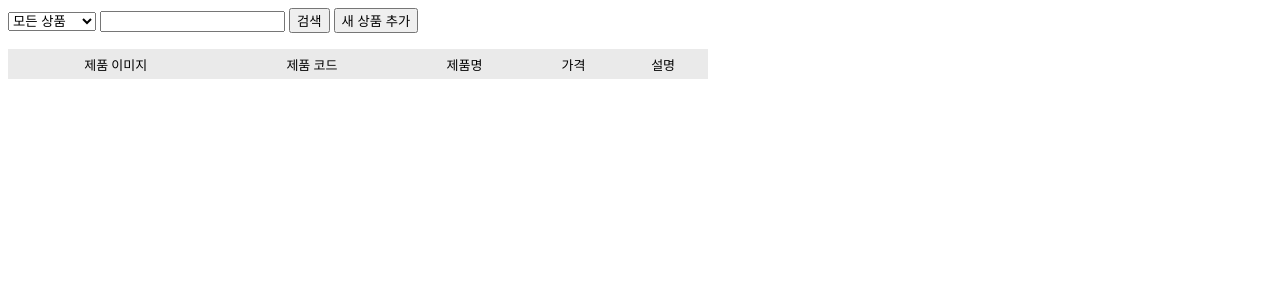
Repository: sjeong12/Photos
Page: http://localhost/LSJ_PHOTO/admin/productList.jsp
An editor plug-in stored every save of this project. The page is shown before and after the next save, followed by the edit.
The browser window is 1280 px wide. The pictures show the whole page.
The page is served by Tomcat 9. Other server files are loaded and not shown. Queries for data that is not in the repository find no rows.

Above is the page before, as saved 2016-12-07 06:39:49.

### LSJ_PHOTO/WebContent/admin/productList.jsp
<%@ page language="java" import="java.sql.*" contentType="text/html; charset=utf-8" pageEncoding="utf-8" %>
<% request.setCharacterEncoding("utf-8"); %>
<HTML><HEAD>
<TITLE>제품 목록</TITLE></HEAD>

<script language=javascript>
function add_product()
{
	document.frm_s.action = "/admin/addProduct.jsp";
	document.frm_s.submit();
}
</script>


<BODY>

<%
    //String in_usernm = request.getParameter("search_value");
    //if (in_usernm == null) in_usernm = "";

    String in_search_key   = request.getParameter("search_key");
	String in_search_value = request.getParameter("search_value");
    //  페이지 번호 – 없으면(처음) 1, 아니면 전달 받은 페이지
    String strPageNum = request.getParameter("PageNum");     // paging
    // 표시할 목록의 개수 – 없으면 지정하여 사용
  	String strPageSize = request.getParameter("PageSize");   // paging
  	if (in_search_key   == null) in_search_key   = "";
 	if (in_search_value == null) in_search_value = "";
    if (strPageNum == null) strPageNum = "1";        // paging
    if (strPageSize == null) strPageSize = "10";      // paging    이 크기는 화면 사이즈에 따라 다름
    int currentPage = Integer.parseInt(strPageNum);  // paging  현재 선택 페이지 값 INT 로 변경
    int pageSize = Integer.parseInt(strPageSize);     // paging    목록의 갯수 INT로 변경
%>

<FORM NAME = frm_s  ACTION="productList.jsp" METHOD=post>
<SELECT NAME=search_key>

<OPTION VALUE = ""
	<%
 	     if (in_search_key.equals("")) out.print(" selected");
	%>
    >모든 상품</OPTION>
<OPTION VALUE = "1"
	<%
 	     if (in_search_key.equals("1")) out.print(" selected");
	%>
    >액자</OPTION>
<OPTION VALUE = "2"
    <%
         if (in_search_key.equals("2")) out.print(" selected");
    %>
  >앨범</OPTION>
 <OPTION VALUE = "3"
    <%
         if (in_search_key.equals("3")) out.print(" selected");
    %>
  >디자인 소품</OPTION>


   </SELECT>
 <INPUT TYPE=text NAME=search_value VALUE="<%= in_search_value %>">
<INPUT TYPE=submit VALUE="검색">      <INPUT TYPE=button VALUE="새 상품 추가" onclick = "add_product()">
</FORM>




<TABLE border = "0" cellspacing = "0" cellpadding = "2" width = "700">

<TR bgcolor = "EAEAEA" height="30">
<TD><font size = 2><center>제품 이미지</center></font></TD>
<TD><font size = 2><center>제품 코드</center></font></TD>
<TD><font size = 2><center>제품명</center></font></TD>
<TD><font size = 2><center>가격</center></font></TD>
<TD><font size = 2><center>설명</center></font></TD>
</TR>
<%
Class.forName("com.microsoft.sqlserver.jdbc.SQLServerDriver");
String connectionURL = "jdbc:sqlserver://localhost:1433;databaseName=DBPstudio;user=sa;password=11";
Connection con = DriverManager.getConnection(connectionURL);

ResultSet rs = null;   // 데이터 베이스에서 가져온 정보를 저장하는 객체
ResultSet rs2 = null;      // paging    rs 객체 하나 더 생성

     Statement stmt = con.createStatement();
   //String SQL = "select userid, usernm, gender, jumin, jobcd from members order by userid";


     String SQL = "SELECT * ";

if (in_search_key.equals("")){
	SQL = SQL + "from Product ";
    SQL = SQL + "where Product_Name LIKE '%" + in_search_value + "%'";
    SQL = SQL + "or Product_Code Like '%" + in_search_value + "%' ";
}
else if (in_search_key.equals("1")){
	SQL = SQL + "from Product P, Sub_Category S ";
    SQL = SQL + "where (P.Product_Name LIKE '%" + in_search_value + "%' ";
    SQL = SQL + "or P.Product_Code Like '%" + in_search_value + "%') ";
    SQL = SQL + "and (P.SubCategory_Num = S.Sub_Category_Num) ";
	SQL = SQL + "and (S.Category_Num = '1') ";
}
else if (in_search_key.equals("2")){
	SQL = SQL + "from Product P, Sub_Category S ";
    SQL = SQL + "where (P.Product_Name LIKE '%" + in_search_value + "%' ";
    SQL = SQL + "or P.Product_Code Like '%" + in_search_value + "%') ";
    SQL = SQL + "and (P.SubCategory_Num = S.Sub_Category_Num) ";
	SQL = SQL + "and (S.Category_Num = '2') ";
}
else if (in_search_key.equals("3")){
	SQL = SQL + "from Product P, Sub_Category S ";
    SQL = SQL + "where (P.Product_Name LIKE '%" + in_search_value + "%' ";
    SQL = SQL + "or P.Product_Code Like '%" + in_search_value + "%') ";
	SQL = SQL + "and (P.SubCategory_Num = S.Sub_Category_Num) ";
	SQL = SQL + "and (S.Category_Num = '3') ";
}
	SQL = SQL + "order by Product_Name ";


     // 페이징을 이용하기 위한 MSSQL 함수로 페이지를 계산한다.
     String SQL2 = SQL;                             //  위의 기존 SQL 에 더 추가       // paging
     SQL2 = SQL2 + "OFFSET "+ ( currentPage - 1 ) * pageSize + " ROWS ";   // paging
     SQL2 = SQL2 + "FETCH NEXT " + pageSize + " ROWS ONLY ";                // paging
       // 전체 카운트를 가져오기위한 sql을 실행해야한다.
      rs2 = stmt.executeQuery(SQL);   // select 문                             //paging
      int totalRecords = 0;                                                             //paging
      while(rs2.next()){       // 처음부터 끝까지                                  //paging
      totalRecords++;       // 전체 레코드 수 카운트                             //paging
      }


   // 페이지가 계산된 목록을 가져오는 SQL2를 실행한다.
      rs = stmt.executeQuery(SQL2);    //  SQL2=기존 SQL + 페이징 SQL      // paging

   while(rs.next())
   {
       String image= rs.getString("Product_Image");
       String code= rs.getString("Product_Code");
       String name= rs.getString("Product_Name");
       int price= rs.getInt("product_Price");
       String Info= rs.getString("Product_Info");

   %>
      <TR onmouseover="this.style.backgroundColor='orange';"
      onmouseout="this.style.backgroundColor='white'; " >  <TD>
      <a href="/LSJ_PHOTO/home.jsp?page=/admin/productView&pcode=<%= code %>">
      <img src="/LSJ_PHOTO/productImage/<%= image %>" border="0" width="100" height="100"/>
      </a>
      </TD>
               <TD><font size = 2> <%= code%> </font></TD>
               <TD><font size = 2> <%= name%> </font></TD>
               <TD><font size = 2> &nbsp;&nbsp;<%= price %>&nbsp;&nbsp; </font></TD>
               <TD><font size = 2> <%= Info%> </font></TD> </TR>
   <% } %>

</TABLE>
<%
int intTotPages= 0; // 총 페이지 수 계산
int intR= totalRecords % pageSize;   // 6 % 3 = 0
if(intR == 0) {
intTotPages = totalRecords / pageSize;
}
else  {   // 7 % 3 != 0
intTotPages = totalRecords / pageSize + 1;  // 나머지가 0 아니면 총 페이지수는 몫 + 1
}

int intGrpSize  = 2; // 그룹 수 설정 - 화면에 보여질 그룹  수
int currentGrp  = 0; // 현 그룹 No.
intR= currentPage % intGrpSize;     // 3 % 2 = ?
if(intR == 0) {
currentGrp= currentPage / intGrpSize;  //4/2=2 그룹
}
else  {   // 3/2 =1 +1 =2그룹
currentGrp= currentPage / intGrpSize + 1;
}
//Page 282
int intGrpStartPage= (currentGrp  - 1) * intGrpSize + 1;   // 2그룹일 때 (2-1)*2+1=3
int intGrpEndPage=  currentGrp * intGrpSize;                  // 2그룹일 때  2*2=4
if (intGrpEndPage > intTotPages){    //  그룹의 끝 페이지가 총 페이지수보다 크면
intGrpEndPage= intTotPages;           //  끝 페이지 수가 총 페이지 수
}

if (currentGrp > 1){    //  그룹 2부터는 이전 페이지 표시
%>
 [<A href="productList.jsp?PageNum=<%= intGrpStartPage - 1 %>">이전</A>]
<%                                                               // 이전 이니까 -1
}

int intGrpPageCount= intGrpSize; // 그룹 당 페이지 수
int intIndex= intGrpStartPage; // 현 그룹 시작 페이지
while (intGrpPageCount > 0 && intIndex <= intGrpEndPage){
%>
[<A href="productList.jsp?PageNum=<%= intIndex %>"><%= intIndex %></A>] &nbsp;
<%
intIndex = intIndex + 1;
intGrpPageCount  = intGrpPageCount - 1;
}
if (intIndex <= intTotPages){  // 다음 그룹이 있으면
%>
[<A href="productList.jsp?PageNum=<%= intIndex %>">다음</A>]
<%
}

stmt.close();
rs.close();
rs2.close();
con.close();

%>

</BODY>

After the next save:
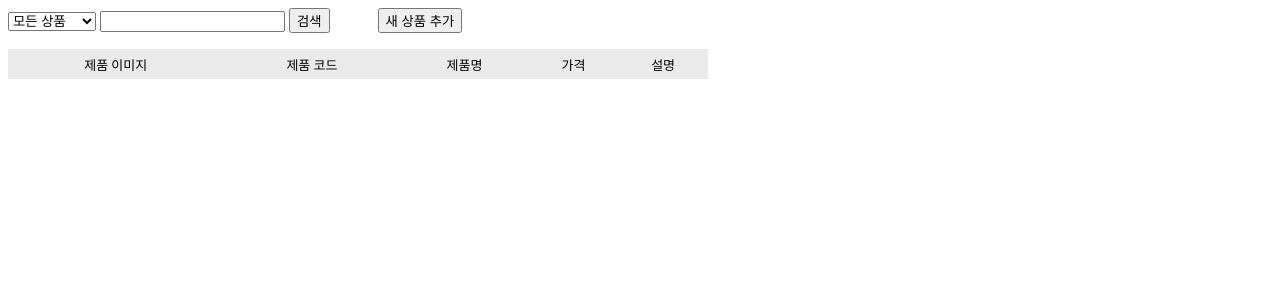
Saved 45 s later.
--- a/LSJ_PHOTO/WebContent/admin/productList.jsp
+++ b/LSJ_PHOTO/WebContent/admin/productList.jsp
@@ -59,7 +59,8 @@
 
    </SELECT>
  <INPUT TYPE=text NAME=search_value VALUE="<%= in_search_value %>">
-<INPUT TYPE=submit VALUE="검색">      <INPUT TYPE=button VALUE="새 상품 추가" onclick = "add_product()">
+<INPUT TYPE=submit VALUE="검색"> &nbsp;&nbsp;&nbsp;&nbsp;&nbsp;&nbsp;&nbsp;&nbsp;&nbsp;&nbsp;
+<INPUT TYPE=button VALUE="새 상품 추가" onclick = "add_product()">
 </FORM>
 
 

After the save that followed:
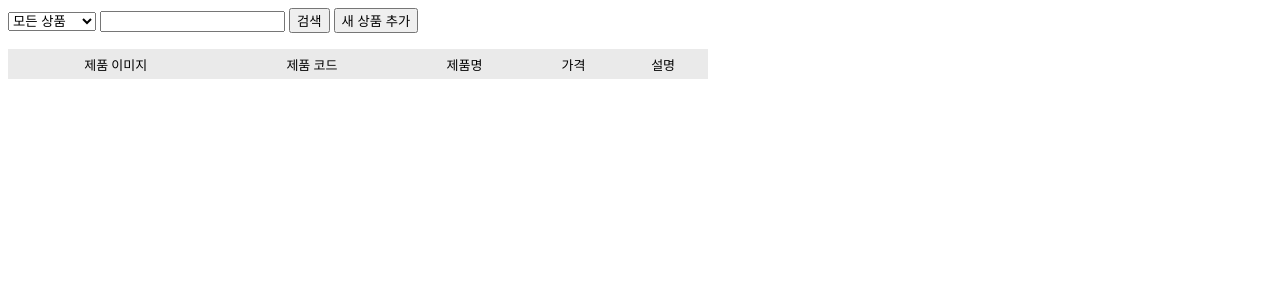
Saved 37 s later.
--- a/LSJ_PHOTO/WebContent/admin/productList.jsp
+++ b/LSJ_PHOTO/WebContent/admin/productList.jsp
@@ -59,8 +59,10 @@
 
    </SELECT>
  <INPUT TYPE=text NAME=search_value VALUE="<%= in_search_value %>">
-<INPUT TYPE=submit VALUE="검색"> &nbsp;&nbsp;&nbsp;&nbsp;&nbsp;&nbsp;&nbsp;&nbsp;&nbsp;&nbsp;
+<INPUT TYPE=submit VALUE="검색">
+<left>
 <INPUT TYPE=button VALUE="새 상품 추가" onclick = "add_product()">
+</left>
 </FORM>
 
 
